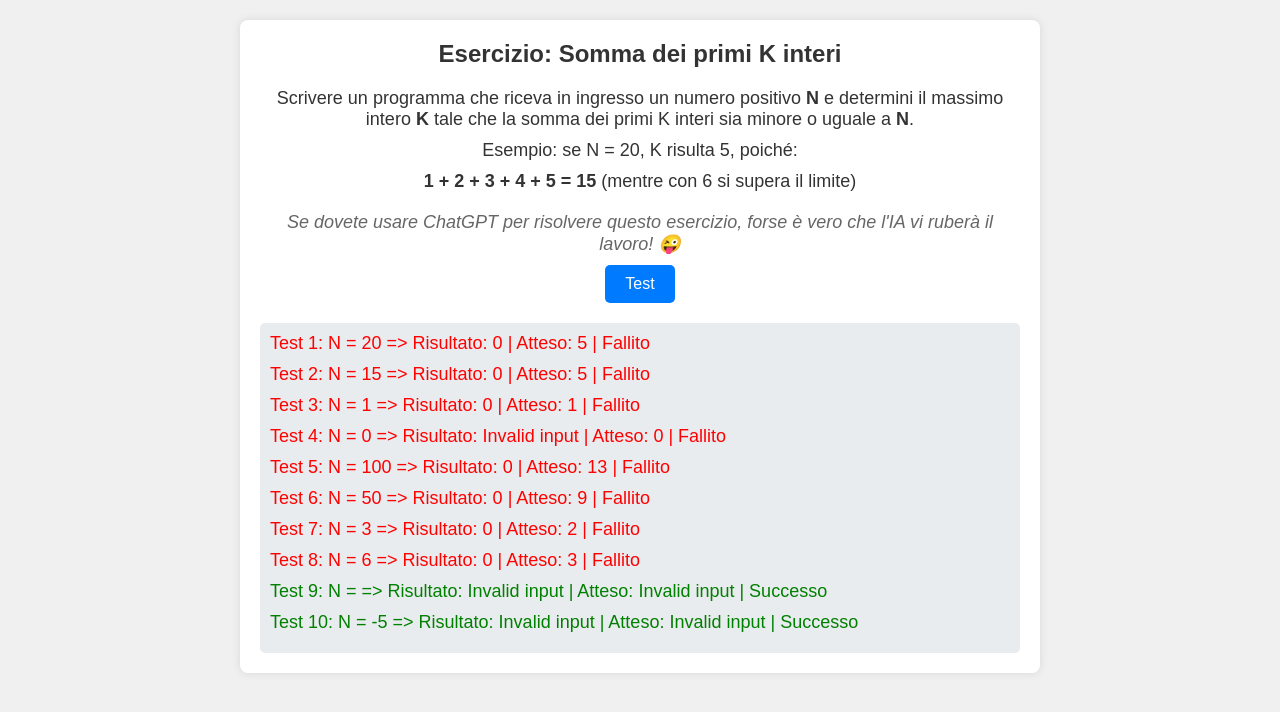
Repository: JoseManuel-Feliz/merenda1
Page: index.html
The author's editor kept a copy of each file at every save. The page is drawn from the files as they stood at one save, then again after the next save.
The browser window is 1280 px wide. The pictures show the whole page.
After loading, the first visible `#run-tests` was clicked once.

Above is the page before, as saved 2024-10-01 16:56:41.

### index.html
<!DOCTYPE html>
<html lang="it">

<head>
    <meta charset="UTF-8">
    <meta name="viewport" content="width=device-width, initial-scale=1.0">
    <title>Esercizio Somma di K Interi</title>
    <link rel="stylesheet" href="style.css">
</head>

<body>
    <div class="container">
        <h1>Esercizio: Somma dei primi K interi</h1>
        <p>
            Scrivere un programma che riceva in ingresso un numero positivo <strong>N</strong>
            e determini il massimo intero <strong>K</strong> tale che la somma dei primi K interi
            sia minore o uguale a <strong>N</strong>.
        </p>
        <p>Esempio: se N = 20, K risulta 5, poiché:</p>
        <p><strong>1 + 2 + 3 + 4 + 5 = 15</strong> (mentre con 6 si supera il limite)</p>
        <p style="margin-top: 20px; font-style: italic; color: #666;">
            Se dovete usare ChatGPT per risolvere questo esercizio, forse è vero che l'IA vi ruberà il lavoro! 😜
        </p>

        <button id="run-tests">Test</button>
        <div id="results"></div>
    </div>
    <script src="merenda.js"></script>
    <script src="script.js"></script>
</body>

</html>

### style.css
* {
    box-sizing: border-box;
    margin: 0;
    padding: 0;
}

body {
    font-family: Arial, sans-serif;
    background-color: #f0f0f0;
    color: #333;
    padding: 20px;
}

.container {
    max-width: 800px;
    margin: 0 auto;
    padding: 20px;
    background-color: #fff;
    border-radius: 8px;
    box-shadow: 0 0 10px rgba(0, 0, 0, 0.1);
    text-align: center;
}

h1 {
    font-size: 24px;
    margin-bottom: 20px;
}

p {
    font-size: 18px;
    margin-bottom: 10px;
}

button {
    padding: 10px 20px;
    font-size: 16px;
    border: none;
    background-color: #007bff;
    color: #fff;
    border-radius: 5px;
    cursor: pointer;
}

button:hover {
    background-color: #0056b3;
}

#results {
    margin-top: 20px;
    padding: 10px;
    background-color: #e9ecef;
    border-radius: 5px;
    text-align: left;
}

### merenda.js
function sommaInteri(N) {
    let somma = 0;
    let count = 0;

    if (N < 0 || !N) {
        return 'Invalid input';
    }
    for (let i = 1; i <= N; i++) {
        if (somma + i > N || somma === 0) {
            return count;
        }
        somma += i;
        console.log(somma)
        count++;
        console.log(count)
    }
}

### script.js
document.getElementById('run-tests').addEventListener('click', function () {
    const resultsContainer = document.getElementById('results');
    resultsContainer.innerHTML = '';

    const testCases = [
        { N: 20, expected: 5 },
        { N: 15, expected: 5 },
        { N: 1, expected: 1 },
        { N: 0, expected: 0 },
        { N: 100, expected: 13 },
        { N: 50, expected: 9 },
        { N: 3, expected: 2 },
        { N: 6, expected: 3 },
        { N: '', expected: 'Invalid input' },
        { N: -5, expected: 'Invalid input' },
    ];

    testCases.forEach((test, index) => {
        try {
            const result = sommaInteri(test.N);
            const passed = result === test.expected;
            const message = `Test ${index + 1}: N = ${test.N} => Risultato: ${result} | Atteso: ${test.expected} | ${passed ? 'Successo' : 'Fallito'}`;
            const resultElement = document.createElement('p');
            resultElement.textContent = message;
            resultElement.style.color = passed ? 'green' : 'red';
            resultsContainer.appendChild(resultElement);
        } catch (error) {
            const message = `Test ${index + 1}: N = ${test.N} ha generato un errore: ${error.message}`;
            const resultElement = document.createElement('p');
            resultElement.textContent = message;
            resultElement.style.color = 'red';
            resultsContainer.appendChild(resultElement);
        }
    });
});

After the next save:
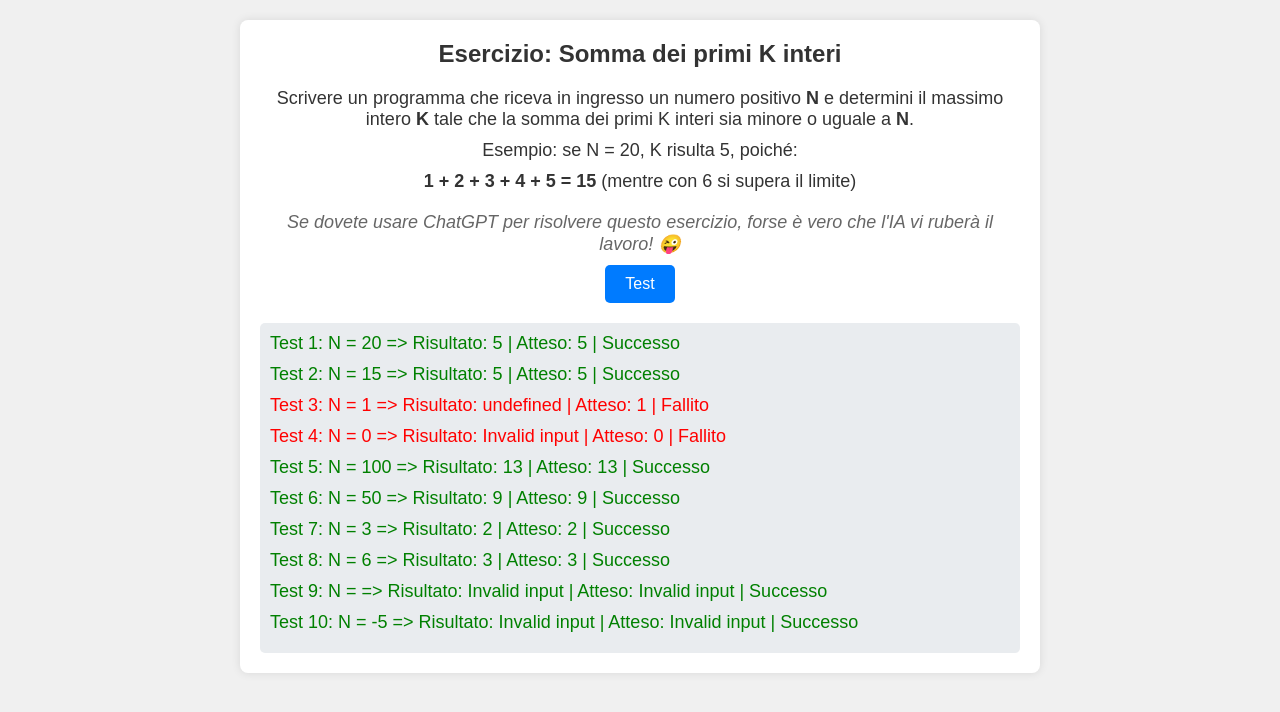
Saved 35 s later.
--- a/merenda.js
+++ b/merenda.js
@@ -2,11 +2,11 @@ function sommaInteri(N) {
     let somma = 0;
     let count = 0;
 
-    if (N < 0 || !N) {
+    if (N <= 0 || !N) {
         return 'Invalid input';
     }
     for (let i = 1; i <= N; i++) {
-        if (somma + i > N || somma === 0) {
+        if (somma + i > N) {
             return count;
         }
         somma += i;
